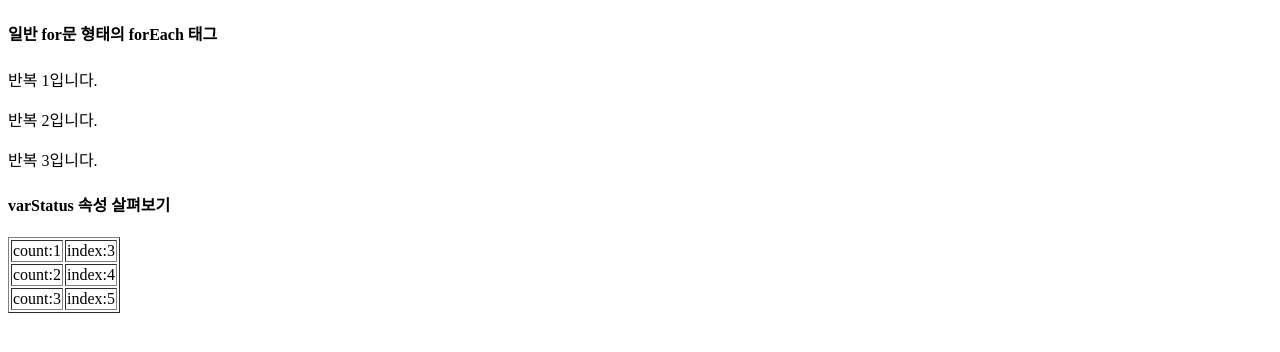
Repository: ahwaboin3/eclipse-workspace-jsp
Page: http://localhost/MustHaveJSP/JSTL/ForEachNormal.jsp
These files come from the project's save history. The page is drawn as it stood at one moment and after the next save; the edit follows.
The browser window is 1280 px wide. The pictures show the whole page.
The page is served by Tomcat 10. Other server files are loaded and not shown.

Above is the page before, as saved 2025-05-23 01:20:29.

### MustHaveJSP/src/main/webapp/JSTL/ForEachNormal.jsp
<%@ page language="java" contentType="text/html; charset=UTF-8"
    pageEncoding="UTF-8"%>
<%@ taglib prefix="c" uri="jakarta.tags.core" %>
<!DOCTYPE html>
<html>
<head>
<meta charset="UTF-8">
<title>Insert title here</title>
</head>
<body>
<!-- ForEachNormal.jsp -->
<%/*
<c:froEach> 태그
반복을 위해 사용됩니다.

일반 for문 형태
<c:ForEach var="변수명" begin="시작값" end="마지막값" step="증가값" />

향상된 for문 형태(foreach문)
<c:forEach var="변수명" items="컬렉션 혹은 배열" />

<c:forEach> 태그 속성
varStatus - 루프의 현재 상태를 알려주는 변수의 이름을 지정합니다.
varStatus 속성을 통해 얻을 수 있는 정보
속성명 | 일반 for문 | 향상된 for문
current | var에 지정한 현재 루프의 변숫값 반환 | 현재 루프의 실제 요소를 반환
index | var에 지정한 현재 루프의 변숫값 반환 | 현재 루프의 인덱스를 표시(0-마지막)
count | 실제 반복 횟수(1-마지막) | 일반 for문과 동일함
first | 루프의 처음일 때 true반환 | 일반 for문과 동일함
last | 루프의 마지막일 때 true 반환 | 일반 for문과 동일함
*/%>
<h4>일반 for문 형태의 forEach 태그</h4>
<c:forEach begin="1" end="3" step="1" var="i">
	<p>반복 ${i}입니다.</p>
</c:forEach>
<h4>varStatus 속성 살펴보기</h4>
<table border=1>
<c:forEach begin="3" end="5" var="i" varStatus="loop">
	<tr>
		<td>count:${loop.count }</td>
		<td>index:${loop.index }</td>
	</td>
</c:forEach>
</table>
</body>
</html>

After the next save:
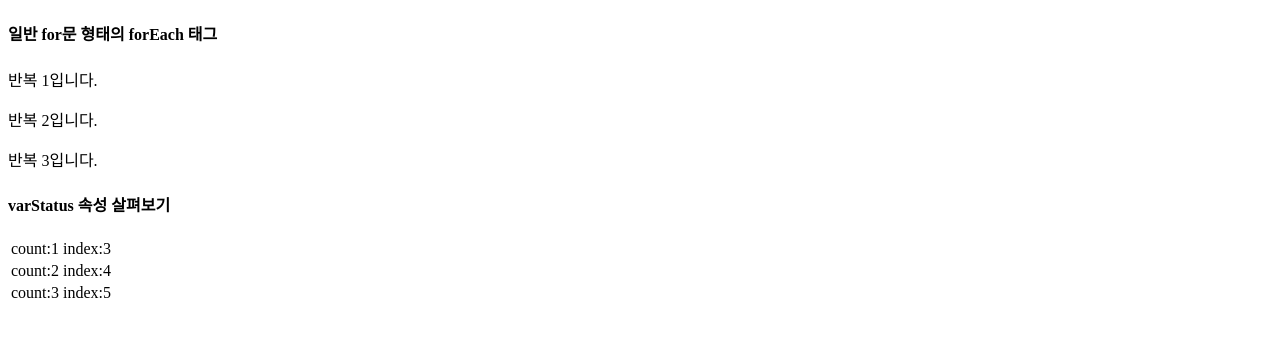
Saved 14 s later.
--- a/MustHaveJSP/src/main/webapp/JSTL/ForEachNormal.jsp
+++ b/MustHaveJSP/src/main/webapp/JSTL/ForEachNormal.jsp
@@ -34,7 +34,7 @@
 	<p>반복 ${i}입니다.</p>
 </c:forEach>
 <h4>varStatus 속성 살펴보기</h4>
-<table border=1>
+<table>
 <c:forEach begin="3" end="5" var="i" varStatus="loop">
 	<tr>
 		<td>count:${loop.count }</td>
